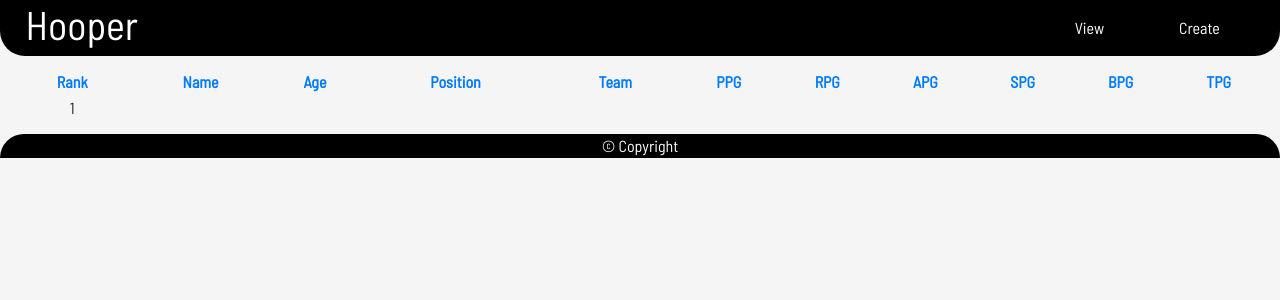
Repository: vlasarte/Hooper
Page: viewplayers.html
An editor plug-in stored every save of this project. The page is shown before and after the next save, followed by the edit.
The browser window is 1280 px wide. The pictures show the whole page.

Above is the page before, as saved 2020-02-24 17:16:38.

After the next save:
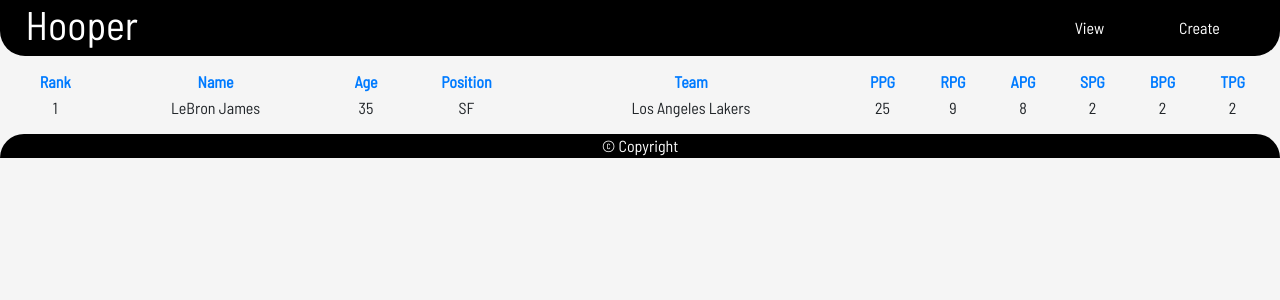
Saved 111 s later.
--- a/viewplayers.html
+++ b/viewplayers.html
@@ -53,6 +53,16 @@
                 </tr>
                 <tr></tr>
                     <td>1</td>
+                    <td>LeBron James</td>
+                    <td>35</td>
+                    <td>SF</td>
+                    <td>Los Angeles Lakers</td>
+                    <td>25</td>
+                    <td>9</td>
+                    <td>8</td>
+                    <td>2</td>
+                    <td>2</td>
+                    <td>2</td>
                 </tr>
             </table>
 
